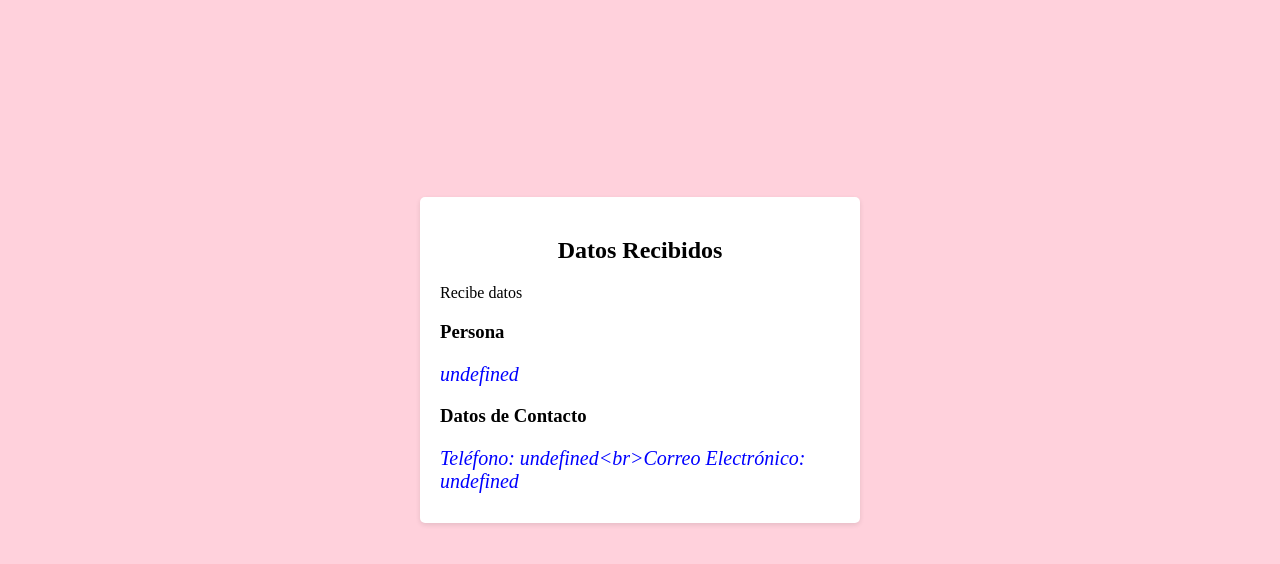
Repository: UVMCoyoacan/InnovaWeb
Page: recibedatosCV.html
An editor plug-in stored every save of this project. The page is shown before and after the next save, followed by the edit.
The browser window is 1280 px wide. The pictures show the whole page.

Above is the page before, as saved 2024-03-01 11:31:53.

After the next save:
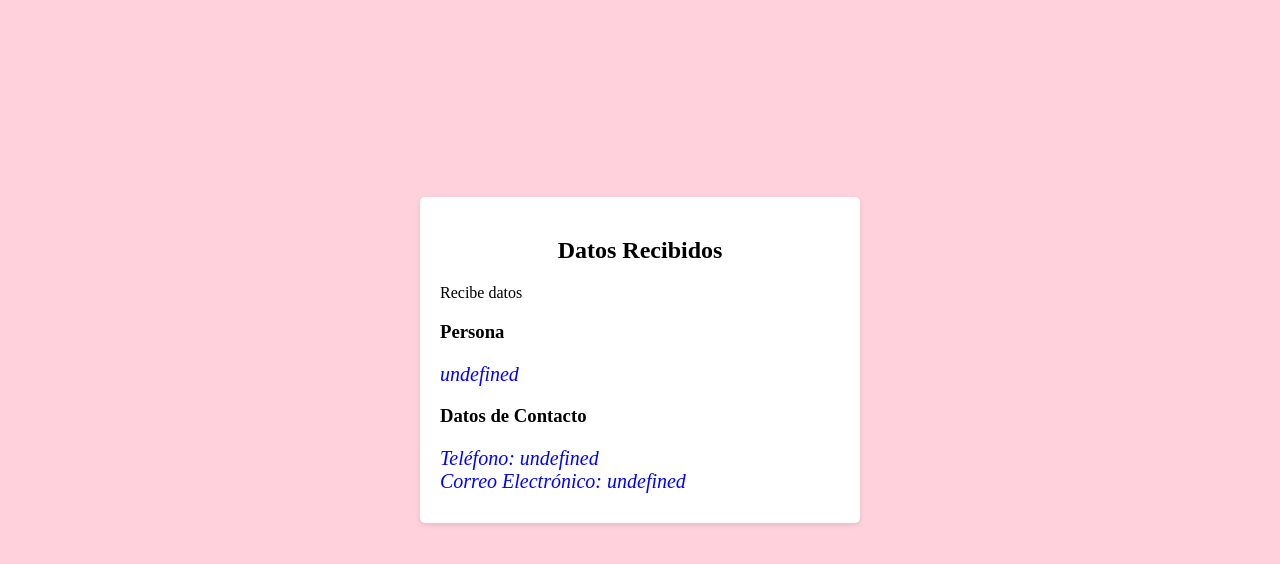
Saved 2 min 28 s later.
--- a/recibedatosCV.html
+++ b/recibedatosCV.html
@@ -50,23 +50,20 @@
         function getUrlVars() {
             var vars = {};
             var parts = window.location.href.replace(/[?&]+([^=&]+)=([^&]*)/gi, function (m, key, value) {
-                if (vars[key]) {
-                    vars[key].push(value);
-                } else {
-                    vars[key] = [value];
-                }
+                vars[key] = value;
             });
             return vars;
         }
 
-        var nombre = decodeURIComponent(getUrlVars()["nombre"]);
-        var telefono = decodeURIComponent(getUrlVars()["telefono"]);
-        var correo = decodeURIComponent(getUrlVars()["email"]);
+        var params = getUrlVars();
+        var nombre = decodeURIComponent(params["nombre"]);
+        var telefono = decodeURIComponent(params["telefono"]);
+        var correo = decodeURIComponent(params["email"]);
 
         var nomper = document.getElementById("Persona");
         var datPers = document.getElementById("Detalles");
         nomper.textContent = nombre;
-        datPers.textContent = "Teléfono: " + telefono + "<br>Correo Electrónico: " + correo;
+        datPers.innerHTML = "Teléfono: " + telefono + "<br>Correo Electrónico: " + correo;
     </script>
 </body>
 </html>
